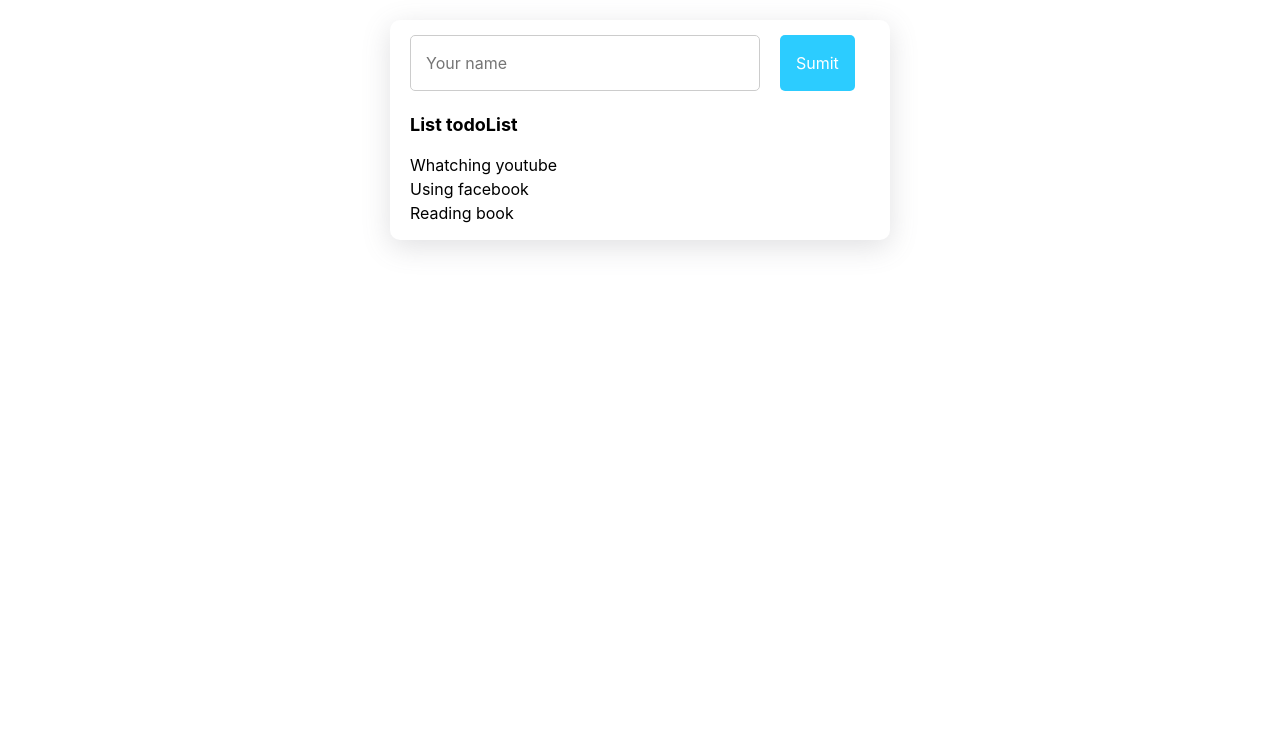
Repository: hoang0508/ReactJsHoiDanIT
Page: /product
An editor plug-in stored every save of this project. The page is shown before and after the next save, followed by the edit.
The browser window is 1280 px wide. The pictures show the whole page.
The project was rebuilt for these pictures with package versions that can differ from the ones it lists, and the page was loaded fresh each time.

Above is the page before, as saved 2022-02-04 16:25:08.

After the next save:
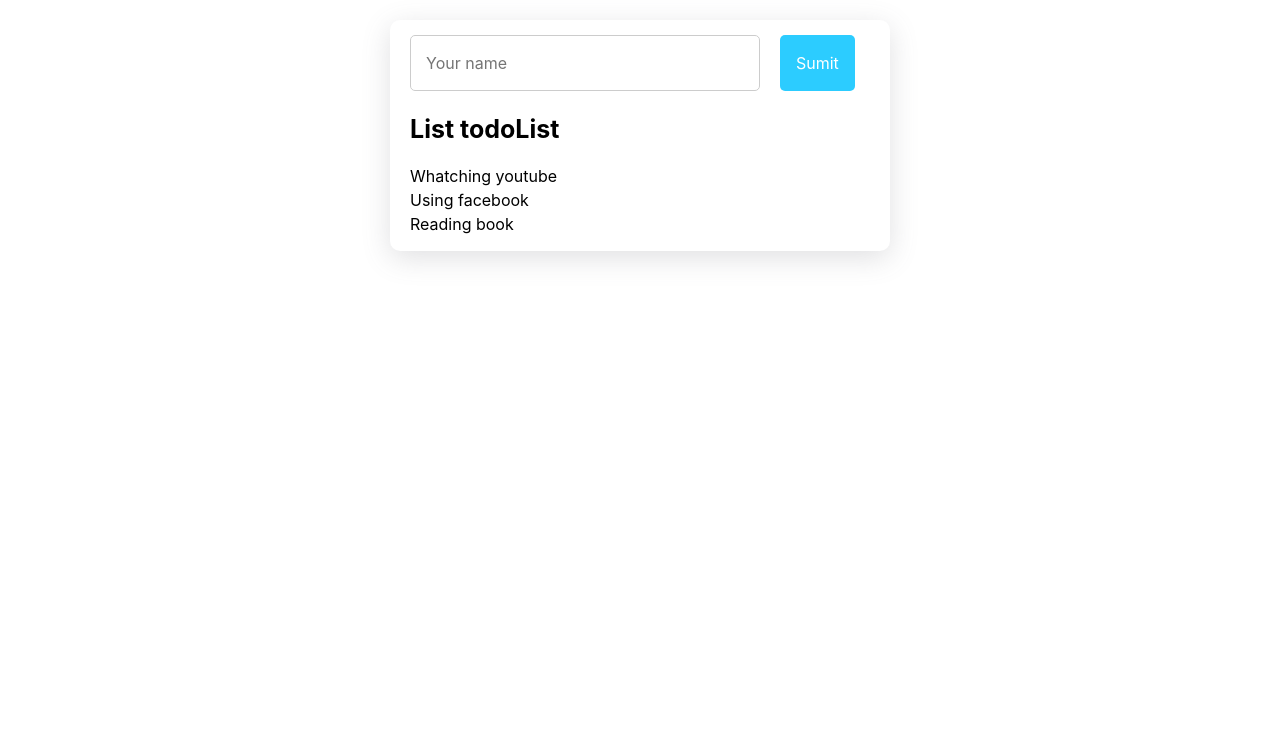
Saved 10 s later.
--- a/src/components/TodoApp/TodoList.scss
+++ b/src/components/TodoApp/TodoList.scss
@@ -29,7 +29,7 @@
     margin-left: 20px;
   }
   &-list {
-    font-size: 18px;
+    font-size: 25px;
     margin-bottom: 15px;
   }
 }
